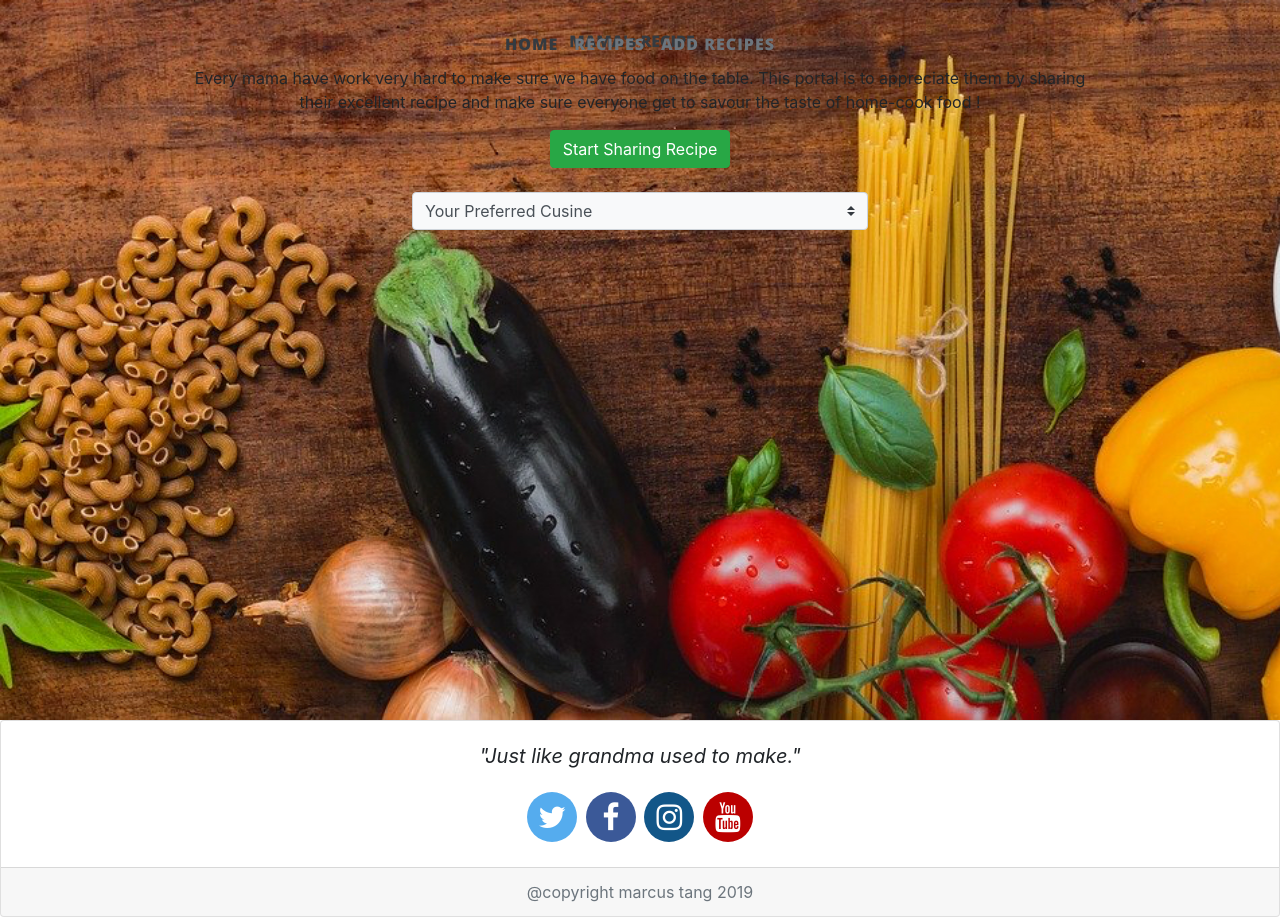
Repository: marstangg/mamasrecipes
Page: templates/index.html
The author's editor kept a record of every edit. The page is drawn from the files as they stood at one moment, then again after the next edit.
The browser window is 1280 px wide. The pictures show the whole page.
Some web libraries are served in a nearby version. The page is served by the project's application, run on Flask 3 (main.py). The template is opened directly, without the code that normally fills it, so the values that code supplies are empty.

Above is the page before.

After the next edit:
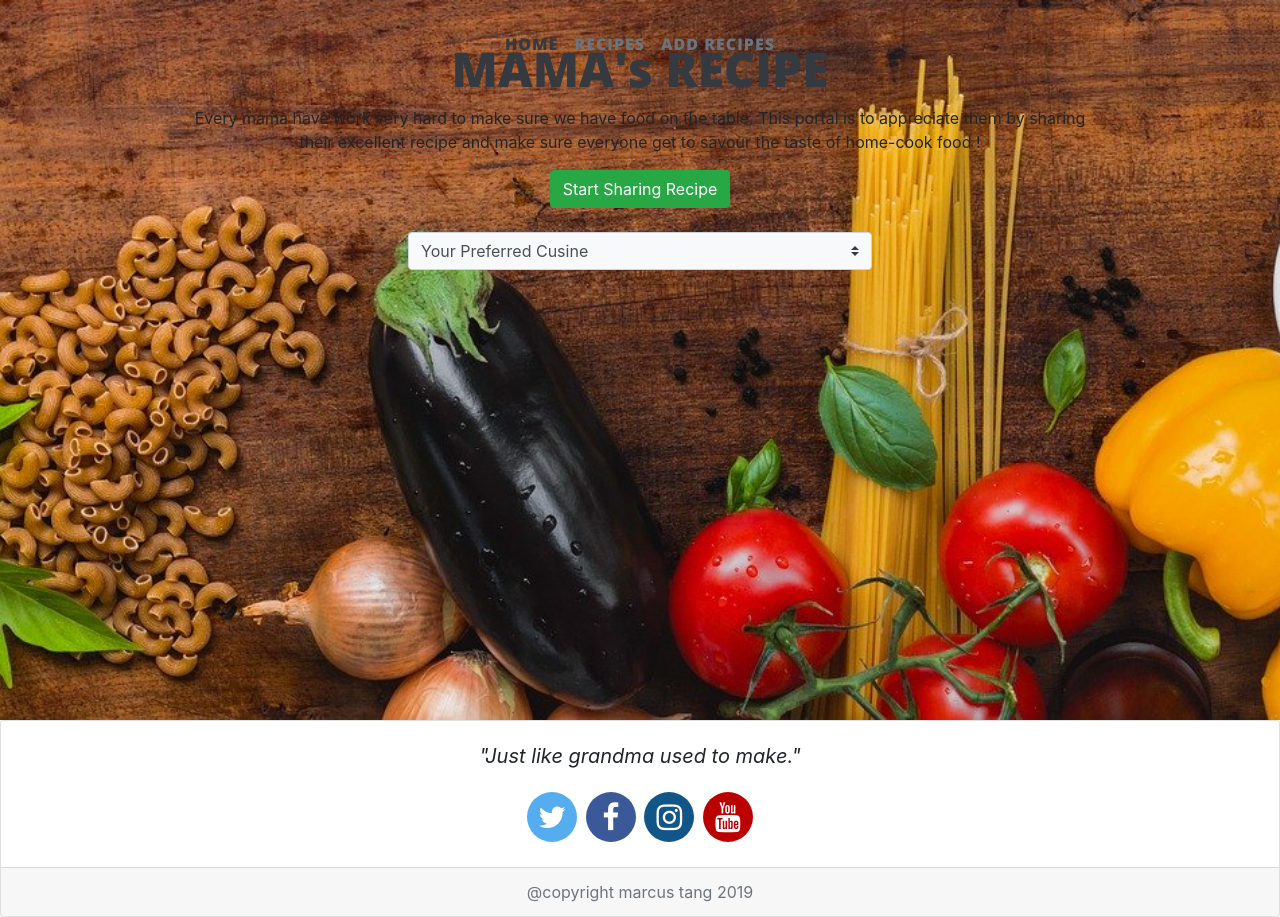
The edit:
--- a/templates/index.html
+++ b/templates/index.html
@@ -5,8 +5,8 @@
   <!--Page Header -->
   <div class="d-md-none d-block p-4"></div>
   <header class="masthead d-flex justify-content-center align-items-center">
-    <div class='w-75 p-4 text-center '>
-      <h1 class='navbar-brand'>MAMA's RECIPE</h1>
+    <div class='w-75 p-3 text-center'>
+      <h1 class='navbar-main-brand w-100 mt-4'>MAMA's RECIPE</h1>
       <p>Every mama have work very hard to make sure we have food on the table. This portal is to appreciate them by sharing their excellent recipe and make sure everyone get to savour the taste of home-cook food !</p>
       <a class="btn btn-success" href="{{url_for('recipe_add')}}">Start Sharing Recipe</a>
 
